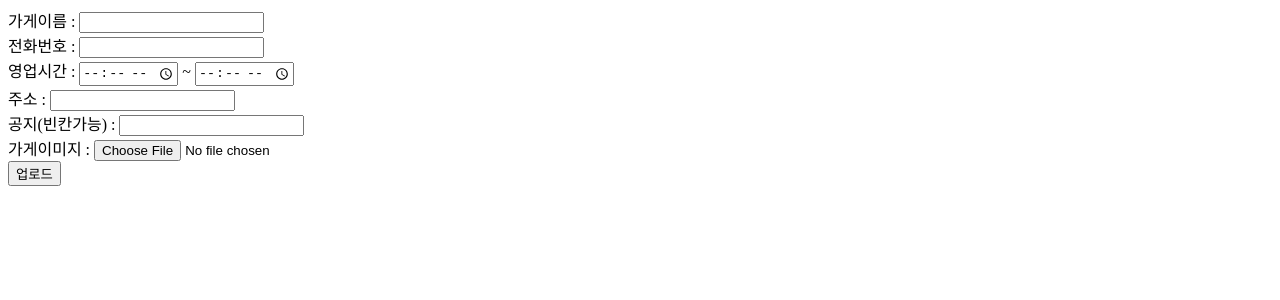
Repository: acredev/Restaurant_Management_System
Page: http://localhost/leekangjo/jsp/test/master/store_add/store_add.jsp
An editor plug-in stored every save of this project. The page is shown before and after the next save, followed by the edit.
The browser window is 1280 px wide. The pictures show the whole page.
The page is served by Tomcat 9.

Above is the page before, as saved 2023-05-27 17:31:25.

After the next save:
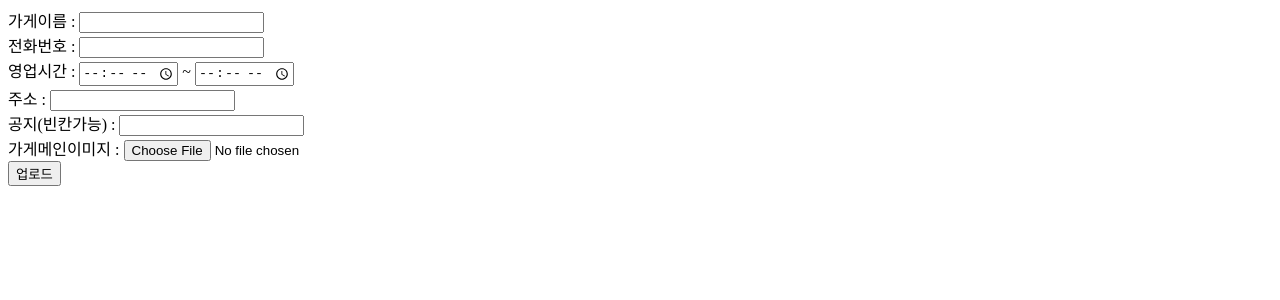
Saved 1 s later.
--- a/leekangjo/WebContent/jsp/test/master/store_add/store_add.jsp
+++ b/leekangjo/WebContent/jsp/test/master/store_add/store_add.jsp
@@ -13,7 +13,7 @@
 		영업시간 : <input type="time" name="store_hour_1"> ~ <input type="time" name="store_hour_2"><br>
 		주소 : <input type="text" name="store_address"><br>
 		공지(빈칸가능) : <input type="text" name="store_notice"><br>
-		가게이미지 : <input type="file" name="store_img"><br>
+		가게메인이미지 : <input type="file" name="store_img"><br>
 		<input type="submit" value="업로드">
 	</form>
 </body>
